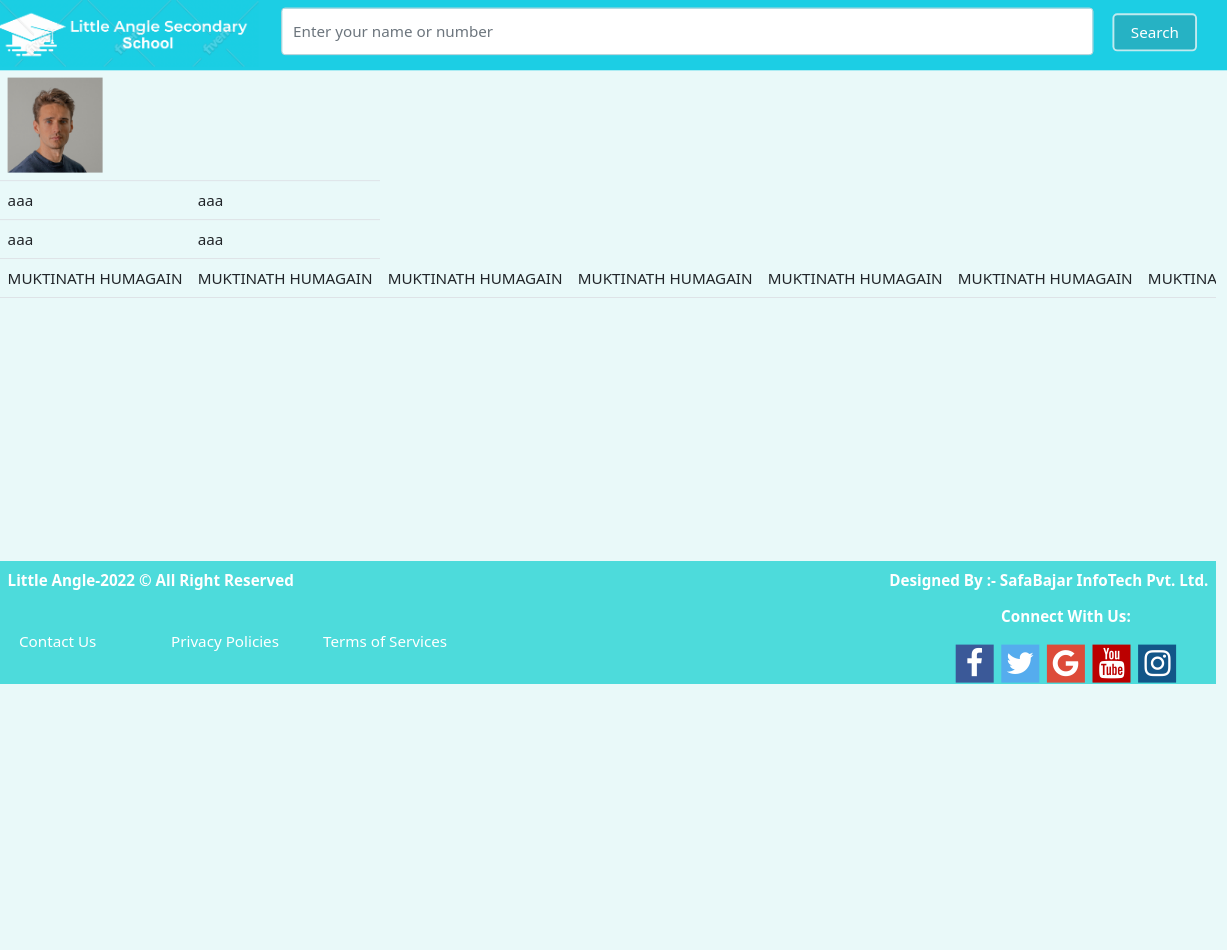
Repository: Sjuicyy/School-Project
Page: profilesview.html
These files come from the project's save history. The page is drawn as it stood at one moment and after a run of saves; the edit follows.
The browser window is 1280 px wide. The page is 1292 px wide, so the pictures cover 1292 px, including what lies to the right of the window. The pictures show the whole page, at 95% of full size.

Above is the page before, as saved 2022-09-22 11:34:04.

After the next 6 saves:
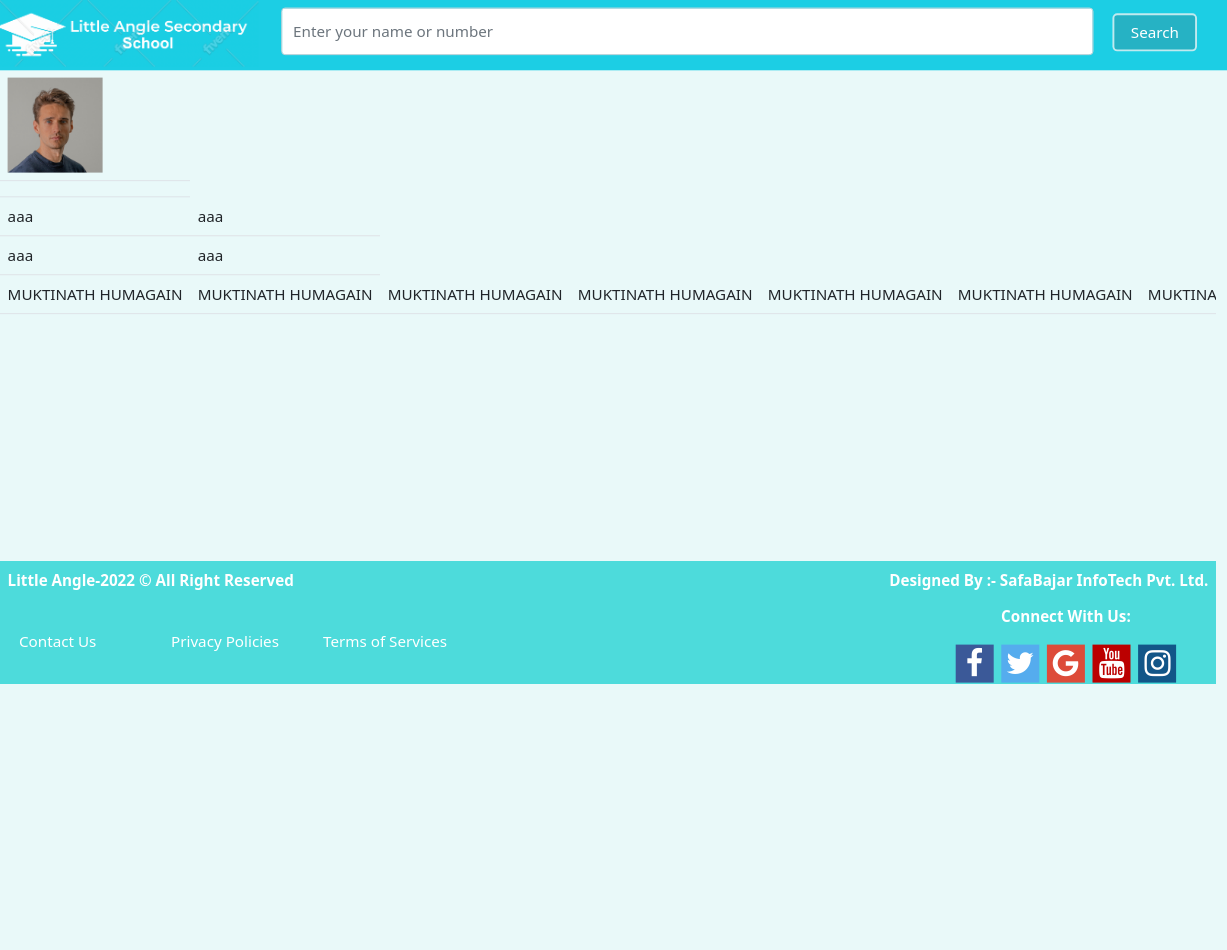
The 6 saves are shown as one change because they came seconds apart.
The last was saved 21 s later.
--- a/profilesview.html
+++ b/profilesview.html
@@ -240,6 +240,7 @@
                     <td>
                         <img src="./profile pic.jpg" width="100px" alt="">
                     </td>
+                </tr>
                     <td>
                         <tr>
                             <td>aaa</td>

After the 3 saves that followed:
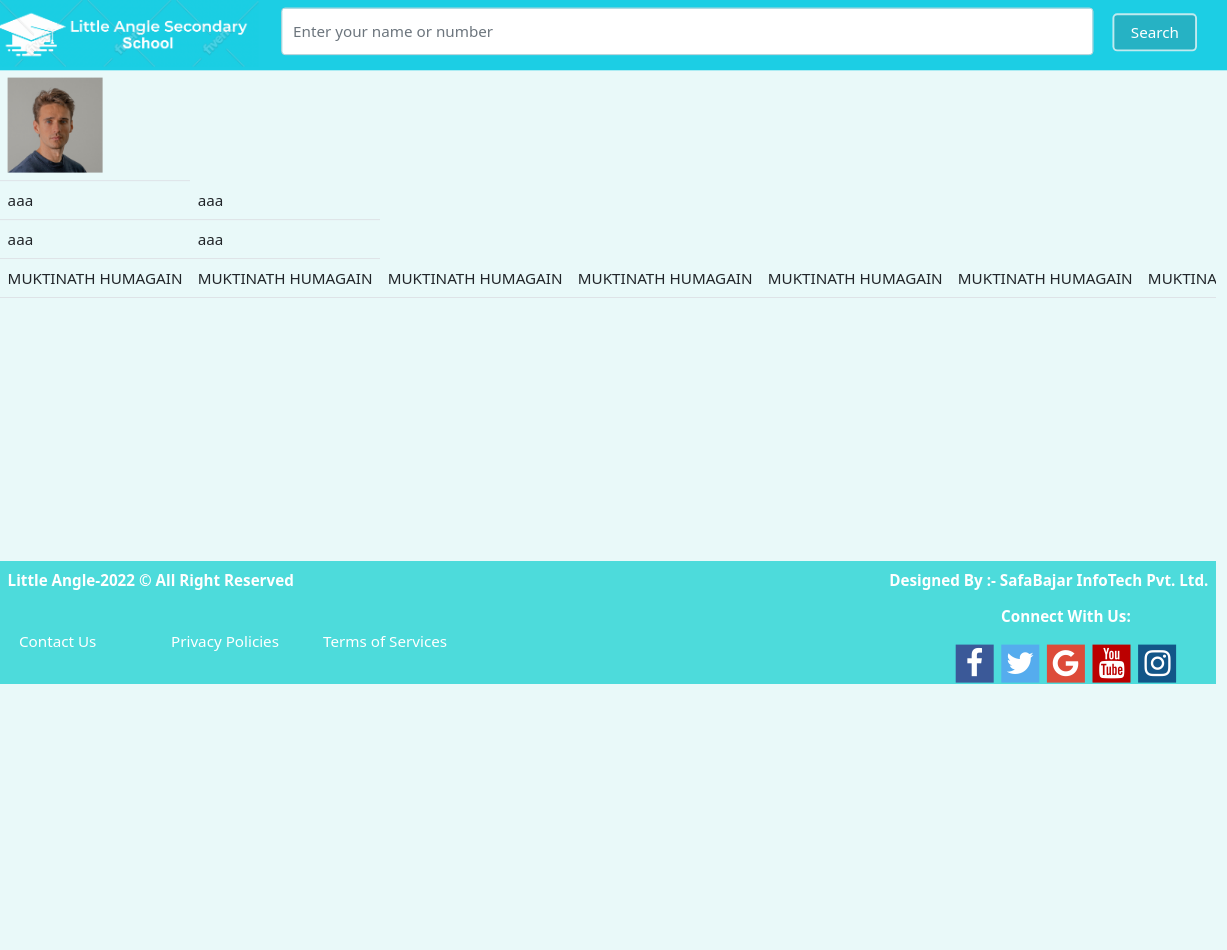
The 3 saves are shown as one change because they came seconds apart.
The last was saved 35 s later.
--- a/profilesview.html
+++ b/profilesview.html
@@ -239,9 +239,7 @@
                 <tr class="text-nowrap">
                     <td>
                         <img src="./profile pic.jpg" width="100px" alt="">
-                    </td>
-                </tr>
-                    <td>
+
                         <tr>
                             <td>aaa</td>
                             <td>aaa</td>
